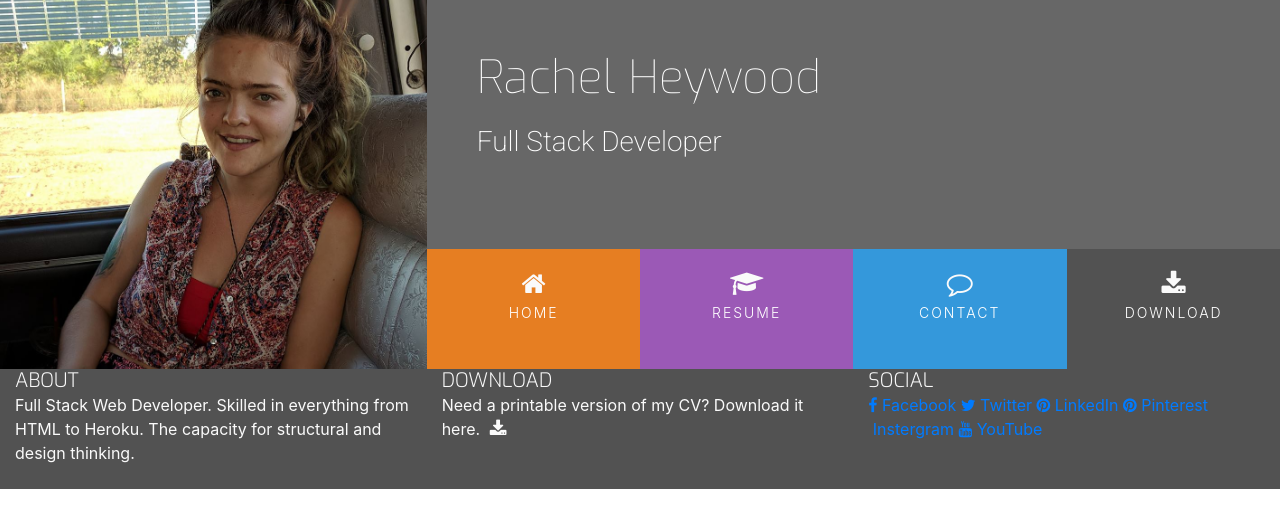
Repository: Heywood93/resume
Page: index.html
The author's editor kept a record of every edit. The page is drawn from the files as they stood at one moment, then again after the next edit.
The browser window is 1280 px wide. The pictures show the whole page.

Above is the page before.

After the next edit:
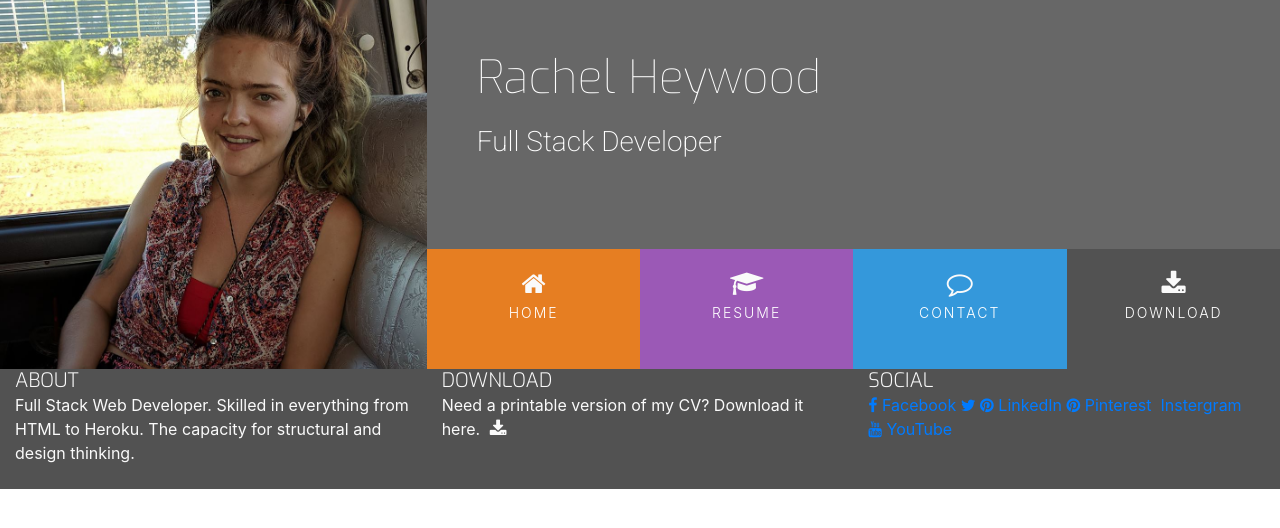
The edit:
--- a/index.html
+++ b/index.html
@@ -79,7 +79,7 @@
                     <li class="list-inline-item">
                         <a target="_blank" href="#">
                             <i class="fa fa-twitter" aria-hidden="true"></i>
-                            <span class="sr-only"></span><span>Twitter</span>
+                            <span class="sr-only">Twitter</span>
                         </a>
                     </li>
                     <li class="list-inline-item">
